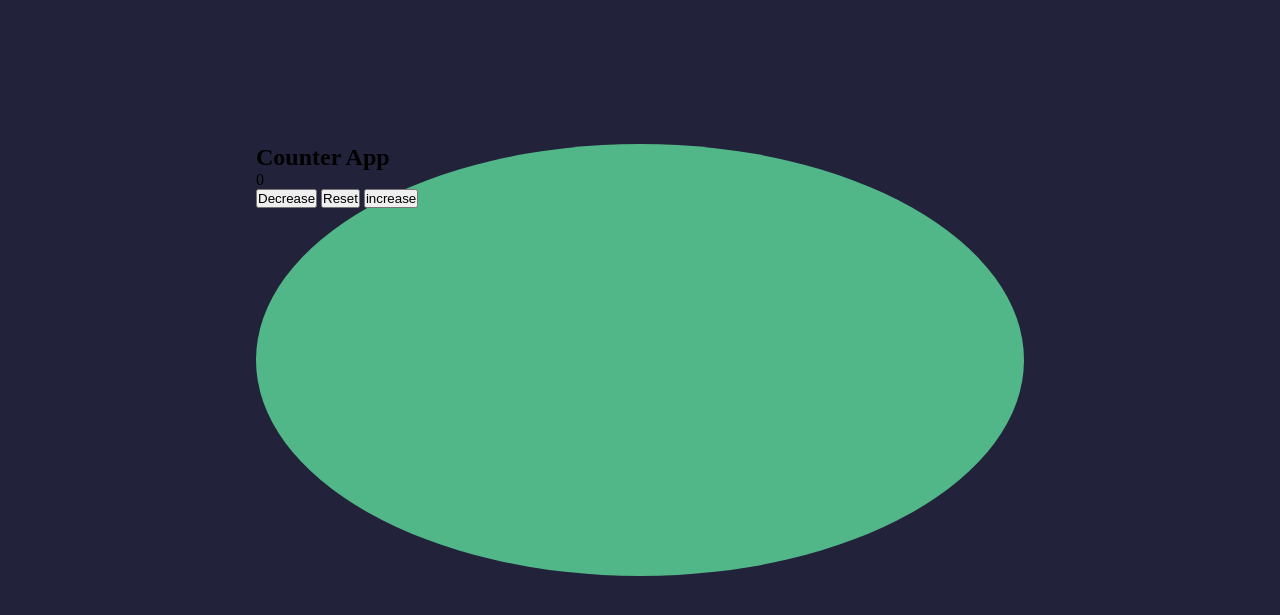
Repository: Yuukicoder/basicProject
Page: project2.html
The author's editor kept a copy of each file at every save. The page is drawn from the files as they stood at one save, then again after the next save.
The browser window is 1280 px wide. The pictures show the whole page.

Above is the page before, as saved 2023-02-24 16:58:18.

### project2.html
<!DOCTYPE html>
<html lang="en">
  <head>
    <meta charset="UTF-8" />
    <meta http-equiv="X-UA-Compatible" content="IE=edge" />
    <meta name="viewport" content="width=device-width, initial-scale=1.0" />
    <title>Counter App</title>
    <link
      rel="shortcut icon"
      href="https://cdn-icons-png.flaticon.com/512/6134/6134688.png"
      type="image/x-icon"
    />
    <link rel="stylesheet" href="assets/css/project2.css" />
  </head>
  <body>
    <section class="box">
      <h1>Counter App</h1>
      <p class="counter-preview">0</p>
      <div class="buttons" id="allBtns">
        <button class="decrement" id="decrement">Decrease</button>
        <button class="reset" id="reset">Reset</button>
        <button class="increment" id="increment">increase</button>
      </div>
    </section>
    <script src="assets/js/project2.js"></script>
  </body>
</html>

### assets/css/project2.css
* {
  margin: 0;
  padding: 0;
  box-sizing: border-box;
  /* border: 1px solid black; */
}
body {
  background-color: #22223b;
  height: 100vh;
  width: 100vw;
  display: flex;
  align-items: center;
  justify-content: center;
}
.box {
  width: 60%;
  height: 60%;
  background-color: #52b788;
  /* display: flex;
  align-items: center;
  justify-content: center; */
  border-radius: 50%;
}

### assets/js/project2.js
const display = document.querySelector('.counter-preview');
const allBtns = document.querySelector('#allBtns');
allBtns.addEventListener('click',counter);
var value = 0;
function counter(x) {
    const btn = x.target.id;
    if(btn === 'increment'){
        value += 1;
    }
    else if(btn === 'decrement'){
        value -= 1;
    }
    else value = 0;
    display.textContent = value;
}

After the next save:
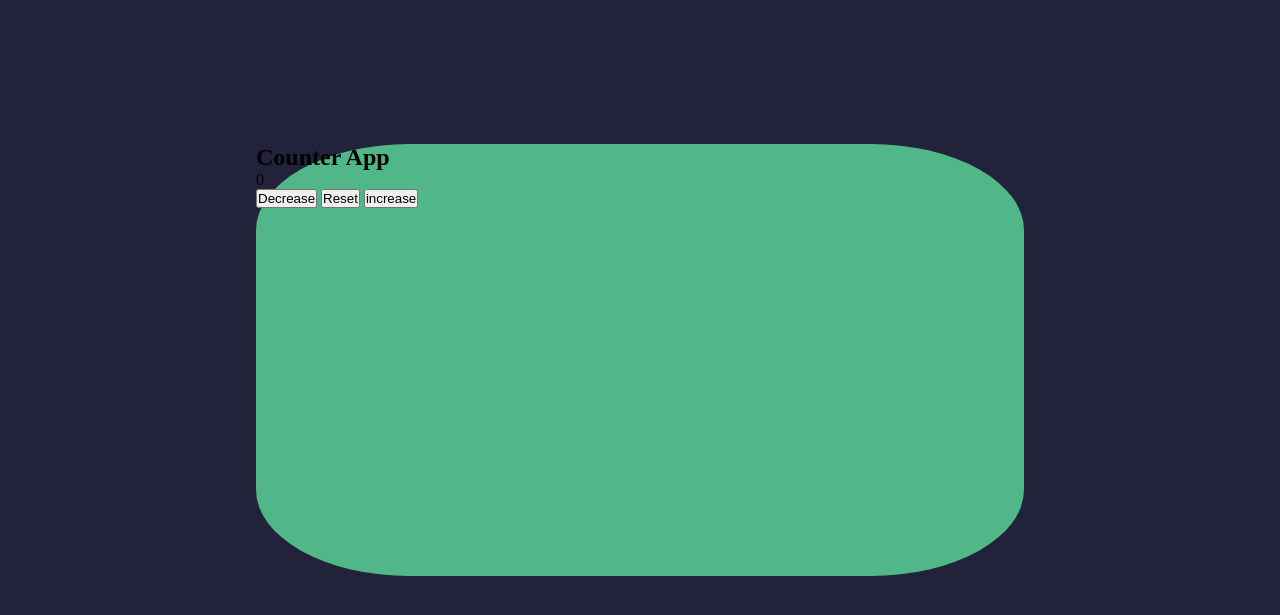
Saved 7 s later.
--- a/assets/css/project2.css
+++ b/assets/css/project2.css
@@ -19,5 +19,5 @@ body {
   /* display: flex;
   align-items: center;
   justify-content: center; */
-  border-radius: 50%;
+  border-radius: 20%;
 }
